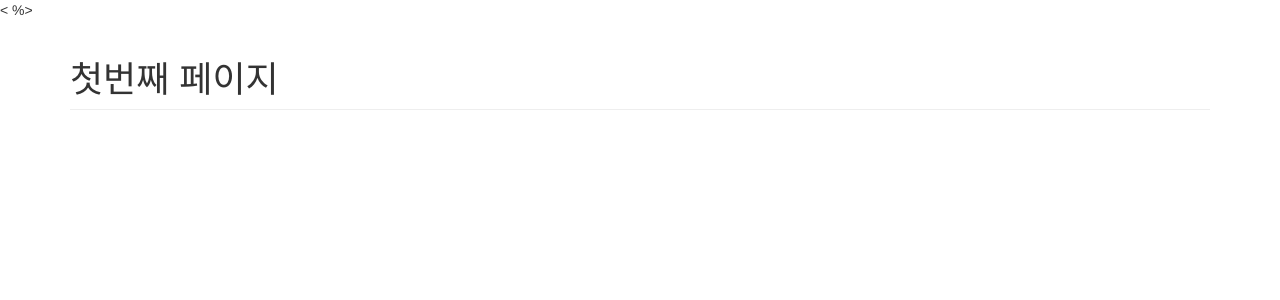
Repository: kimgyuseok/Server
Page: http://localhost/JSPTest/ex12_one.jsp
The author's editor kept a copy of each file at every save. The page is drawn from the files as they stood at one save, then again after the next save.
The browser window is 1280 px wide. The pictures show the whole page.
The page is served by Tomcat 9.

Above is the page before, as saved 2022-01-07 05:05:11.

After the next save:
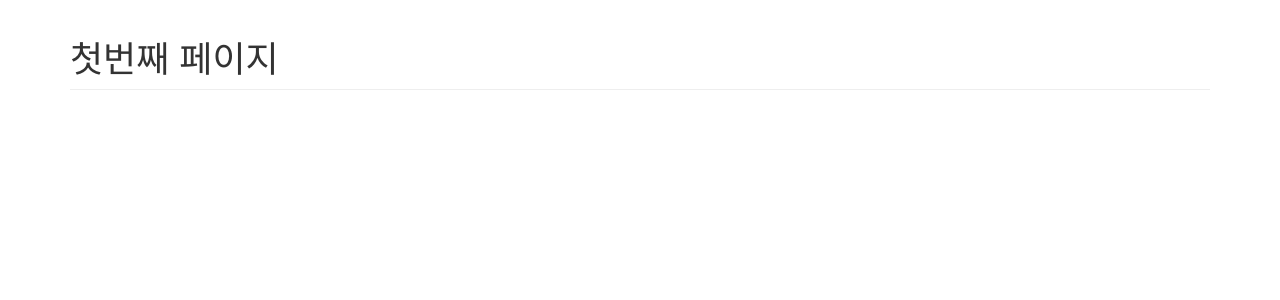
Saved 6 s later.
--- a/JSPTest/src/main/webapp/ex12_one.jsp
+++ b/JSPTest/src/main/webapp/ex12_one.jsp
@@ -1,7 +1,8 @@
 <%@ page language="java" contentType="text/html; charset=UTF-8"
     pageEncoding="UTF-8"%>
-<
+<%
 
+	int a = 10;
 %>
 <!DOCTYPE html>
 <html>
